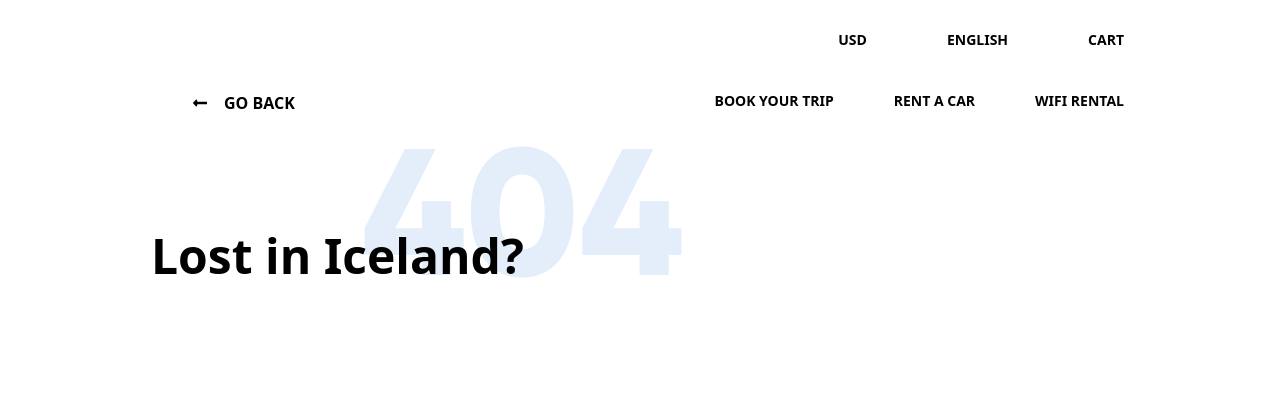
Repository: uh-sman/Iceland
Page: /
An editor plug-in stored every save of this project. The page is shown before and after the next save, followed by the edit.
The browser window is 1280 px wide. The pictures show the whole page.
The project was rebuilt for these pictures with package versions that can differ from the ones it lists, and the page was loaded fresh each time.

Above is the page before, as saved 2022-09-08 21:32:19.

### src/App.js
import logo from "./logo.svg";
import "./App.css";
import { Topnav } from "./components/Topnav";
import { FullNav } from "./components/FullNav";

function App() {
  return (
    <div className="App">
      <FullNav />
    </div>
  );
}

export default App;

### src/components/Topnav.js
import React from "react";

export const Topnav = () => {
  return (
    <div className="container w-full py-[30px]">
      <nav className="absolute right-[156px]">
        <ul className="space-x-20 text-sm font-semibold">
          <a href="">USD</a>
          <a href="">ENGLISH</a>
          <a href="">CART</a>
        </ul>
      </nav>
    </div>
  );
};

### src/components/FullNav.jsx
import React from "react";
import { Bottomnav } from "./Bottomnav";
import { Hero } from "./Hero";
import { Topnav } from "./Topnav";

export const FullNav = () => {
  return (
    <div>
      <Topnav />
      <Bottomnav />
      <Hero />
    </div>
  );
};

### src/components/Bottomnav.js
import React from "react";
import { FaLongArrowAltLeft } from "react-icons/fa";
export const Bottomnav = () => {
  return (
    <nav className="container w-full">
      <div className="py-[31px]">
        <div className="container">
          <h1 className="flex items-center gap-4 absolute left-[192px]">
            <FaLongArrowAltLeft />
            <a className=" cursor-pointer font-semibold text-md">GO BACK</a>
          </h1>
        </div>
        <div className="container">
          <div className="absolute right-[156px]">
            <ul className="space-x-[60px] text-sm font-semibold cursor-pointer">
              <a>BOOK YOUR TRIP</a>
              <a>RENT A CAR</a>
              <a>WIFI RENTAL</a>
            </ul>
          </div>
        </div>
      </div>
    </nav>
  );
};

### src/components/Hero.js
import React from "react";
import four from "../Assets/404.png";
export const Hero = () => {
  return (
    <div>
      <div>
        <img src={four} className="absolute left-[364px] top-[146px]" />
      </div>
      <div>
        <h1 className="font-semibold text-5xl absolute left-[151px] top-[232px]">
          Lost in Iceland?
        </h1>
      </div>
    </div>
  );
};

### tailwind.config.js
/** @type {import('tailwindcss').Config} */
module.exports = {
  content: ["./src/**/*.{html,js,jsx}"],
  theme: {
    screens: {
      sm: "480px",
      md: "768px",
      lg: "976px",
      xl: "1440px",
    },
    extend: {},
  },
  plugins: [],
};

Loaded but not shown: public/index.html (common file); src/index.js (common file); src/index.css (common file); src/App.css (common file)

After the next save:
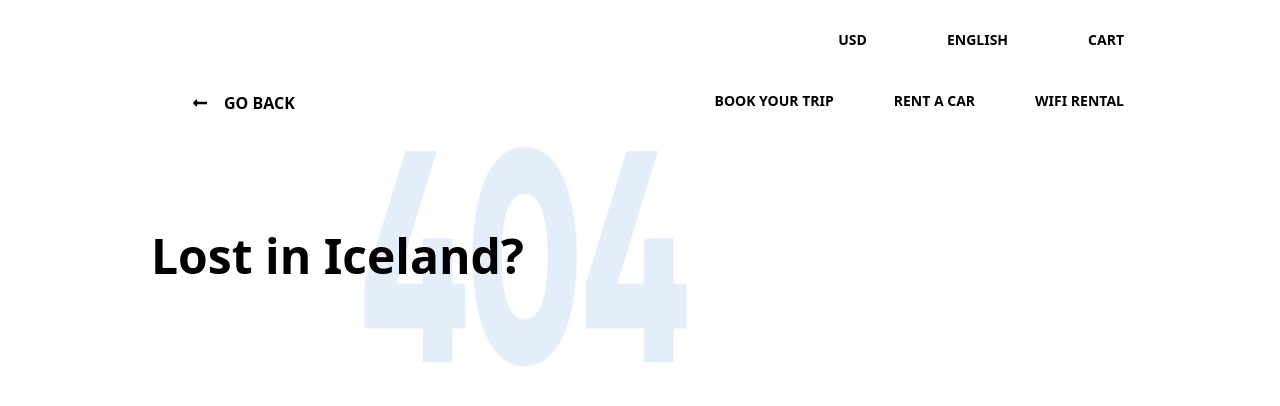
Saved 71 s later.
--- a/src/components/Hero.js
+++ b/src/components/Hero.js
@@ -4,7 +4,10 @@ export const Hero = () => {
   return (
     <div>
       <div>
-        <img src={four} className="absolute left-[364px] top-[146px]" />
+        <img
+          src={four}
+          className="absolute left-[364px] top-[146px] h-[221px] w-[323px]"
+        />
       </div>
       <div>
         <h1 className="font-semibold text-5xl absolute left-[151px] top-[232px]">
